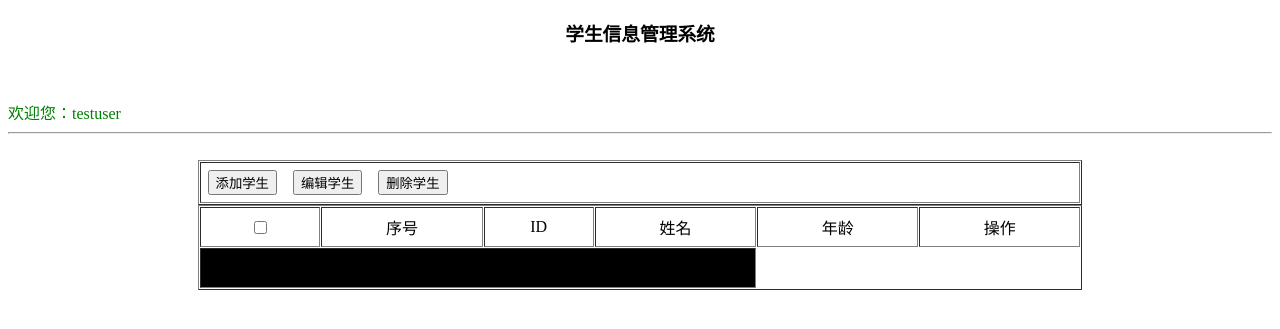
Repository: DataBoxWx/mvc_servlet_3
Page: http://localhost/jsp_1_homework/studentlist.do
The author's editor kept a copy of each file at every save. The page is drawn from the files as they stood at one save, then again after the next save.
The browser window is 1280 px wide. The pictures show the whole page.
The page is served by Tomcat 9. The session is filled in as if someone had signed in: {"username": "testuser"}. Queries for data that is not in the repository find no rows.

Above is the page before, as saved 2018-05-04 13:47:44.

After the next save:
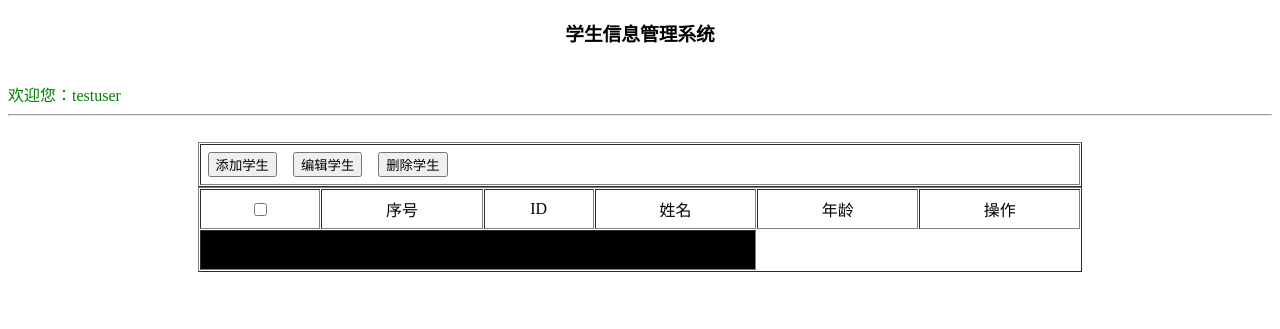
Saved 8 s later.
--- a/jsp_1_homework/WebContent/jsp/studentlist.jsp
+++ b/jsp_1_homework/WebContent/jsp/studentlist.jsp
@@ -83,7 +83,7 @@
 </script>
 </head>
 <body>
-	<h3 style="text-align:center">学生信息管理系统</h3><br/><br/>
+	<h3 style="text-align:center">学生信息管理系统</h3><br/>
 	<div style="color: green">欢迎您：${username}</div><hr><br>
 	<table border="1"  align="center" width=70% cellpadding="7" cellspacing="1">
 		<tr>
